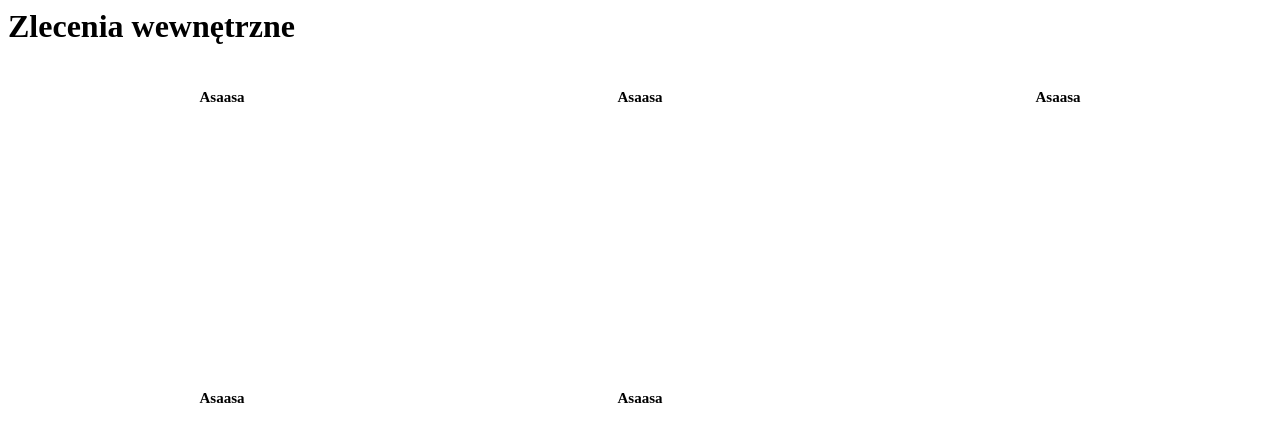
Repository: emdes515/EHpanel
Page: html/dashboardZleceniaWewnetrzne.html
The author's editor kept a copy of each file at every save. The page is drawn from the files as they stood at one save, then again after the next save.
The browser window is 1280 px wide. The pictures show the whole page.

Above is the page before, as saved 2024-04-18 09:19:48.
Console error: ReferenceError: $ is not defined

### html/dashboardZleceniaWewnetrzne.html
<style>
	* {
		box-sizing: border-box;
	}
	h2 {
		font-size: 15px;
		margin-bottom: 5px;
		height: 10%;
		text-align: center;
	}

	.gridWrapper {
		display: grid;
		grid-template-columns: 1fr 1fr 1fr;
		width: 100%;
		height: 85vh;
		padding: 10px;
		gap: 10px;
	}

	.element {
		width: 100%;
		height: 100%;
	}

	.elementPulpit {
		width: 100%;
		height: 100%;
	}
</style>

<h1 class="text-center w-100">Zlecenia wewnętrzne</h1>

<div class="gridWrapper">
	<div class="element">
		<h2>Asaasa</h2>
		<div
			id="dashboardZleceniaWewnetrzneDzialyZglaszajacePulpit"
			class="elementPulpit"></div>
	</div>
	<div class="element">
		<h2>Asaasa</h2>
		<div
			id="dashboardZleceniaWewnetrzneRodzajeWnioskowanejPracyPulpit"
			class="elementPulpit"></div>
	</div>
	<div class="element">
		<h2>Asaasa</h2>
		<div
			id="dashboardZleceniaWewnetrzneRodzajeZalaczanychDokumentowPulpit"
			class="elementPulpit"></div>
	</div>
	<div class="element">
		<h2>Asaasa</h2>
		<div
			id="dashboardZleceniaWewnetrzneRynkiPulpit"
			class="elementPulpit"></div>
	</div>
	<div class="element">
		<h2>Asaasa</h2>
		<div
			id="dashboardZleceniaWewnetrzneTypyWnioskowPulpit"
			class="elementPulpit"></div>
	</div>
</div>

<!-- <div
	class="d-grid container-fluid text-center"
	style="height: 90%">
	<div class="row">
		<div
			class="col border-primary"
			id="dashboardZleceniaWewnetrzneDzialyZglaszajace">
			<h2 style="height: 10%">Działy zgłaszające</h2>
			<div id="dashboardZleceniaWewnetrzneDzialyZglaszajacePulpit"></div>
		</div>

		<div
			class="col border-primary"
			id="dashboardZleceniaWewnetrzneRodzajeWnioskowanejPracy">
			<h2 style="height: 10%">Rodzaje wnioskowanej parcy</h2>
			<div id="dashboardZleceniaWewnetrzneRodzajeWnioskowanejPracyPulpit"></div>
		</div>

		<div
			class="col border-primary"
			id="dashboardZleceniaWewnetrzneRodzajeZalaczanychDokumentow">
			<h2 style="height: 10%">Rodzaje zalączanych dokumentów</h2>
			<div id="dashboardZleceniaWewnetrzneRodzajeZalaczanychDokumentowPulpit"></div>
		</div>
	</div>

	<div class="row">
		<div
			class="col-4"
			id="dashboardZleceniaWewnetrzneRynki">
			<h2 style="height: 10%">Wewnętrze rynki</h2>
			<div id="dashboardZleceniaWewnetrzneRynkiPulpit"></div>
		</div>

		<div
			class="col-4"
			id="dashboardZleceniaWewnetrzneTypyWnioskow">
			<h2 style="height: 15%">Wewnetrzne typy wniosków</h2>
			<div id="dashboardZleceniaWewnetrzneTypyWnioskowPulpit"></div>
		</div>
	</div> -->

	<script
		type="text/javascript"
		src="js/dashboardZleceniaWewnetrzne.js"></script>
</div>

### js/dashboardZleceniaWewnetrzne.js
$(document).ready(function () {
	const daneJSON = wczytajDane('php/index.php', {
		modul: 'dashboardZleceniaWewnetrzne',
		funkcja: 'wczytaj',
		idPracownika: wczytajDane('php/index.php', {
			modul: 'logowanie',
			funkcja: 'getIdPracownika',
		}).wynik,
	});

	if (daneJSON['menu_zleceniaWewnetrzne_dzialZglaszajacy'].menu_zleceniaWewnetrzne_dzialZglaszajacy)
		$('#dashboardZleceniaWewnetrzneDzialyZglaszajacePulpit').html(
			daneJSON['menu_zleceniaWewnetrzne_dzialZglaszajacy'].html
		);
	else $('#dashboardZleceniaWewnetrzneDzialyZglaszajacePulpit').load('html/brakUprawnien.html');

	if (
		daneJSON['menu_zleceniaWewnetrzne_rodzajWnioskowanejPracy']
			.menu_zleceniaWewnetrzne_rodzajWnioskowanejPracy
	)
		$('#dashboardZleceniaWewnetrzneRodzajeWnioskowanejPracyPulpit').html(
			daneJSON['menu_zleceniaWewnetrzne_rodzajWnioskowanejPracy'].html
		);
	else
		$('#dashboardZleceniaWewnetrzneRodzajeWnioskowanejPracyPulpit').load('html/brakUprawnien.html');

	if (
		daneJSON['menu_zleceniaWewnetrzne_rodzajZalaczanychDokumentow']
			.menu_zleceniaWewnetrzne_rodzajZalaczanychDokumentow
	)
		$('#dashboardZleceniaWewnetrzneRodzajeZalaczanychDokumentowPulpit').html(
			daneJSON['menu_zleceniaWewnetrzne_rodzajZalaczanychDokumentow'].html
		);
	else
		$('#dashboardZleceniaWewnetrzneRodzajeZalaczanychDokumentowPulpit').load(
			'html/brakUprawnien.html'
		);

	if (daneJSON['menu_zleceniaWewnetrzne_rynkek'].menu_zleceniaWewnetrzne_rynkek)
		$('#dashboardZleceniaWewnetrzneRynkiPulpit').html(
			daneJSON['menu_zleceniaWewnetrzne_rynkek'].html
		);
	else $('#dashboardZleceniaWewnetrzneRynkiPulpit').load('html/brakUprawnien.html');

	if (daneJSON['menu_zleceniaWewnetrzne_typWniosku'].menu_zleceniaWewnetrzne_typWniosku)
		$('#dashboardZleceniaWewnetrzneTypyWnioskowPulpit').html(
			daneJSON['menu_zleceniaWewnetrzne_typWniosku'].html
		);
	else $('#dashboardZleceniaWewnetrzneTypyWnioskowPulpit').load('html/brakUprawnien.html');
});

After the next save:
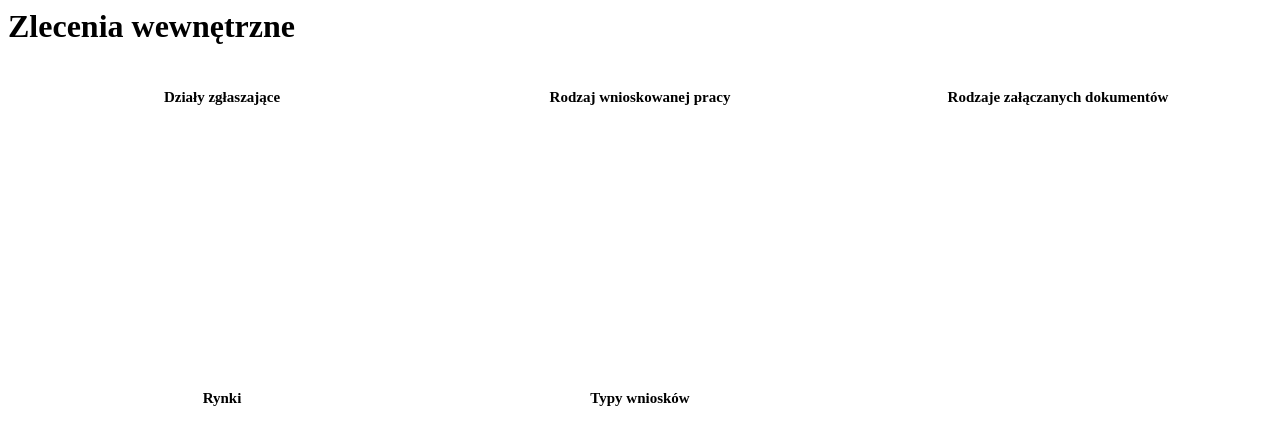
Saved 3 min 32 s later.
--- a/html/dashboardZleceniaWewnetrzne.html
+++ b/html/dashboardZleceniaWewnetrzne.html
@@ -33,31 +33,31 @@
 
 <div class="gridWrapper">
 	<div class="element">
-		<h2>Asaasa</h2>
+		<h2>Działy zgłaszające</h2>
 		<div
 			id="dashboardZleceniaWewnetrzneDzialyZglaszajacePulpit"
 			class="elementPulpit"></div>
 	</div>
 	<div class="element">
-		<h2>Asaasa</h2>
+		<h2>Rodzaj wnioskowanej pracy</h2>
 		<div
 			id="dashboardZleceniaWewnetrzneRodzajeWnioskowanejPracyPulpit"
 			class="elementPulpit"></div>
 	</div>
 	<div class="element">
-		<h2>Asaasa</h2>
+		<h2>Rodzaje załączanych dokumentów</h2>
 		<div
 			id="dashboardZleceniaWewnetrzneRodzajeZalaczanychDokumentowPulpit"
 			class="elementPulpit"></div>
 	</div>
 	<div class="element">
-		<h2>Asaasa</h2>
+		<h2>Rynki</h2>
 		<div
 			id="dashboardZleceniaWewnetrzneRynkiPulpit"
 			class="elementPulpit"></div>
 	</div>
 	<div class="element">
-		<h2>Asaasa</h2>
+		<h2>Typy wniosków</h2>
 		<div
 			id="dashboardZleceniaWewnetrzneTypyWnioskowPulpit"
 			class="elementPulpit"></div>
